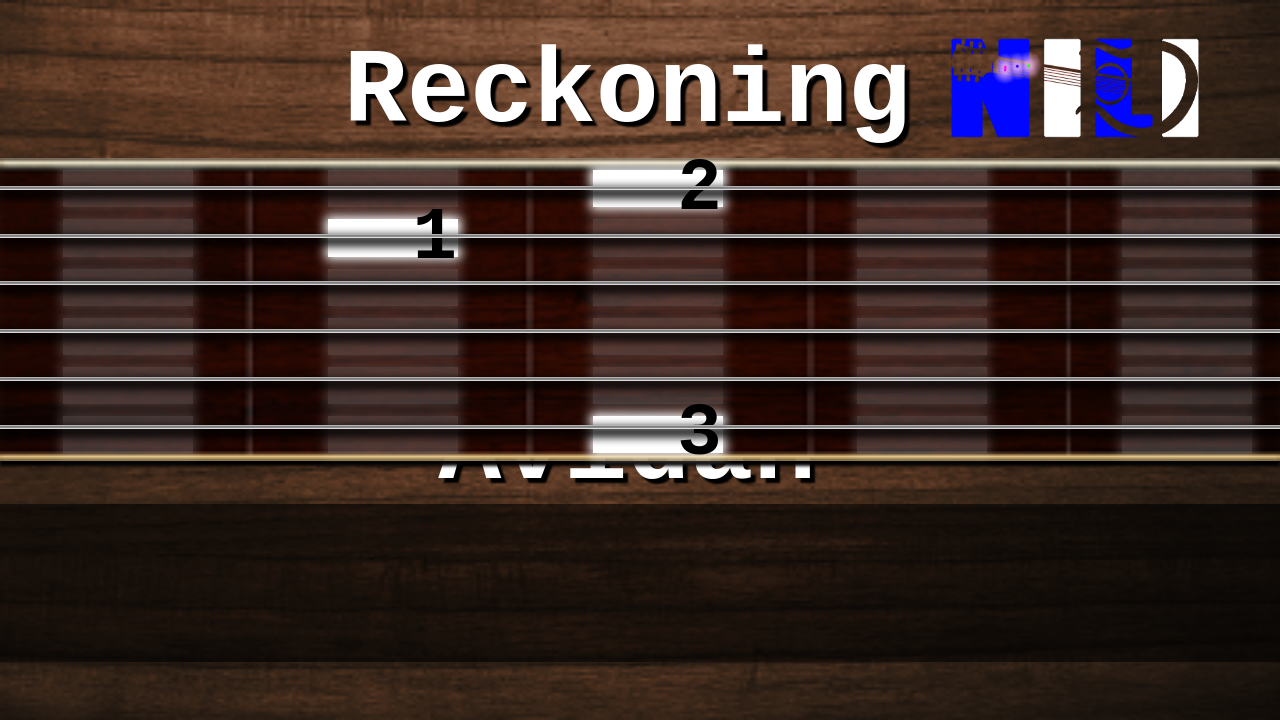
Repository: niliproject123/nili2
Page: assets/empty.html
An editor plug-in stored every save of this project. The page is shown before and after the next save, followed by the edit.
The browser window is 1280 px wide. The pictures show the whole page.

Above is the page before, as saved 2016-03-16 16:29:45.

### assets/empty.html
<html style="direction: rtl; overflow-x: hidden">
<head>
    <meta charset="utf-8">
    <meta name="viewport" content="width=device-width" />

	<link rel="stylesheet" type="text/css" href="./style.css">
</head>
<body>
	<div id="main">
	<div id="title">--Empty--</div>
	</div>
	<script src="./jquery-1.11.1.js"></script>
	<script src="./main.js"></script>
</html>

### assets/style.css
html
{
	overflow: hidden;
	scroll: no;
}

div, img, span, table
{
	font-family: Courier New;
	font-weight: bold;
	position: absolute;
	/*border: 1px black solid;*/
	/*opacity: 0.4;*/

	margin: 0px;
	padding: 0px;
	text-align: center;
	vertical-align: top;
	z-index: 1;
    transition: opacity 0.5s;
}

.chord
{
	color: red;
	text-shadow: 5px 5px 2px black;
	font-stretch: condensed;
}

.next
{
	opacity: 0.4;
}

.text
{
	color: white;
	text-shadow: 5px 5px 2px black;
}

@keyframes blink
{
	0%	{ opacity: 0; }
	50% { opacity: 1; }
	100% { opacity: 0; }
}


.position_td
{
	text-align: right;
    background-color:#00a2e8;
    font-family: Arial;
    font-weight:bold;
    overflow:hidden;
	opacity: 0.2;


    transition: opacity 0.5s;


    /*font-size:150px;
    line-height:20px;*/
}

.string
{
	background: linear-gradient(#CCC, #666, #FFF); /* Standard syntax */
	transition: background-color 0.2s;
}

.strum
{
	background: #668800; /* Standard syntax */
}

.dont_strum
{
	background: red; /* Standard syntax */
}

.timer
{
	z-index: 100;
}

@keyframes vibrate {
    0% {
        top: 0px;
    }
    25% {
        top: -3px;
    }
    50% {
        top: 0px;
    }
    75% {
        top: 3px;
    }
    100% {
        top: 0px;
    }
}

### assets/main.js
var TOTAL_NUMBER_OF_FRETS = 5;
var TOTAL_NUMBER_OF_STRINGS = 6;

var originalChordElementList = $(".chord");
var originalLyricsElementList = $(".lyrics");
var originalTicksElementList = $(".tick");

var chordList = new Array();
var lyricsList = new Array();
var ticksList = new Array();


$("#title").hide();

var windowWidth = $(window).width();
var windowHeight = $(window).height();

var element_background = document.createElement('img');
var element_title = document.createElement('div');
var element_neck = document.createElement('img');
var element_bottom_stripe = document.createElement('img');
var element_chord = document.createElement('span');
var element_lyrics = document.createElement('span');
var element_logo = document.createElement('img');
var element_next = document.createElement('span');
var element_play = document.createElement('span');
var element_timer = document.createElement('span');

var isTimed = false;
var stringElements = new Array();

var currentChordIndex = 0;

var neckPositions, neckFrets;
var neckPositionElementArray  = new Array()
var neckPositionCorrectElementArray  = new Array()
var neckPositionIncorrectElementArray  = new Array()

var playStrummingAnimation = false;

var isAndroid = navigator.userAgent.toLowerCase().indexOf("android") > -1; //&& ua.indexOf("mobile");

var blinkingList;
var isBlinkOn = false;
var BLINK_INTERVAL = 200;


getChordsLyricsAndTicks();



// 3rd         1st   controls
// A     B     C     D
// 123456123456123456123456
// 000001000001000001000000
// 100001010000000000000000
// 100001000000000000000000



var clickIndex = 0;
var demoIndex = 0;
var demoString = "000000000000000000000000";



function demoFunction()
{
	return;
	receivePositionStringFromAndroid(demoString);
	demoString = demoString.substr(0,demoIndex) + '1' + demoString.substr(demoIndex+1);
	demoIndex++;
	setTimeout(demoFunction, 300);
}

//receivePositionStringFromAndroid("030000c0000c010000000000");
clickIndex = 0;
if(!isAndroid)
{
	document.body.onclick =
		function()
		{
			if(clickIndex==0)
			{
				eventPressedCorrect("000000c0000c0c0000000000");
			}
			else if (clickIndex==1)
			{
				eventLiftFingers()
			}
			else if (clickIndex==2)
			{
			}
			else if (clickIndex==3)
			{
			}
			else if (clickIndex==4)
			{
			}
			clickIndex++;
		};
}

var demo;
function Demo()
{

	this.startDemo = function()
	{
		setTimeout(function(){demo.action1();}, 1590);
		setTimeout(function(){demo.action2();}, 2610);
		setTimeout(function(){demo.action3();}, 3320);
		setTimeout(function(){demo.action4();}, 4410);
		setTimeout(function(){demo.action5();}, 6200);
	}

	this.initialize = function()
	{
		setAllNeckPositionsOff(false);
		element_title.innerHTML = "Reckoning Song -  Asaf Avidan";
		element_title.style.opacity = '1';
		setNeckPositionListOn([[3,1,3], [2,5,2], [3,6,1]]);
		setFingering([[3,1,3], [2,5,1], [3,6,2]]);
	}

	this.action1 = function()
	{
		setNeckPositionOff(3, 1, true);
		setNeckPositionListCorrect([[3,1]]);
	}

	this.action2 = function()
	{
		setNeckPositionOff(3, 1, true);
		setNeckPositionOn(3, 1);
	}

	this.action3 = function()
	{
		setNeckPositionIncorrect(3, 3);
	}

	this.action4 = function()
	{
		setNeckPositionOff(3, 3);
	}

	this.action5 = function()
	{
		setNeckPositionListOff([[3,1], [2,5], [3,6]], true);
		setNeckPositionListCorrect([[3,1,3], [2,5,2], [3,6,1]]);
		startStrummingAnimation(200, getChordTopString(getChordText(currentChordIndex)));
		element_chord.style.color = 'green';
		element_lyrics.style.color = 'green';

	}


	this.initialize();
}

document.body.onload = function()
{

	loadScript('./js/neckActions.js');
	loadScript('./js/chords.js');
	loadScript('./js/animation.js');
	loadScript('./js/timer.js');
	loadScript('./js/android.js');

	window.setTimeout(initialize, 300);

	// temp
	window.setTimeout(function(){demo = new Demo();}, 400);
};

function getChordsLyricsAndTicks()
{
	for(var i=0; i<originalChordElementList.length; i++)
	{
		chordList[i] = originalChordElementList[i].innerHTML;
		$(originalChordElementList[i].remove());
	}
	for(var i=0; i<originalLyricsElementList.length; i++)
	{
		lyricsList[i] = originalLyricsElementList[i].innerHTML;
		$(originalLyricsElementList[i].remove());
	}
	for(var i=0; i<originalTicksElementList.length; i++)
	{
		ticksList[i] = originalTicksElementList[i].innerHTML;
		$(originalTicksElementList[i].remove());
	}
}

function initialize()
{
	createElements();
	createTable();
	createStrings()
	createCorrectIncorrectTable();
	blink();


	sendMessageToAndroid("start_chords");
	for(var i=0; i<chordList.length; i++)
	{
		sendChordToAndroid(currentChordIndex);
		currentChordIndex++;
	}
	sendMessageToAndroid("end_chords");

	/*
	sendMessageToAndroid("start_ticks");
	for(var i=0; i<ticksList.length; i++)
	{
		sendMessageToAndroid("addTick_"+ticksList[i]);
		currentChordIndex++;
	}

	sendMessageToAndroid("end_ticks");
	 */
	currentChordIndex = 0;

	setTimerIncorrect();
	setTimerHidden();

	if(chordList.length!=0)
	{
		setChordText();
		setLyrics();
		setNeckPositionListOn(getPositionListOfChordText(getChordText(currentChordIndex)));
	}
}

var lastEventTime = new Date().getTime();
function checkEventIsReal()
{
	var newEventTime = new Date().getTime();
	if((newEventTime - lastEventTime) < 250)
	{
		lastEventTime = newEventTime;
		return false;;
	}
	lastEventTime = newEventTime;
	return true;
}

function sendChordToAndroid(index)
{
	var currentChordToAndroid = getPositionListOfChordText(chordList[index]);
	if(currentChordToAndroid == null) return;
	currentChordToAndroid = convertPositionListToString(currentChordToAndroid);

	sendMessageToAndroid("addChord_"+currentChordToAndroid.toString());
}

function convertPositionListToString(positionList)
{
	var returnedString = "000000000000000000000000";

	for(var i=0; i<positionList.length; i++)
	{
		var fret = positionList[i][0];
		var string = positionList[i][1];
		var replaceIndex = 30 - (fret*6 + string);
		returnedString = returnedString.substr(0,replaceIndex) + '1' + returnedString.substr(replaceIndex+1);
	}

	return returnedString;
}

function updateBlinkingList(newBlinkingList)
{
	if(blinkingList==null)
	{
		blinkingList = newBlinkingList;
		return;
	}
	blinkingList = newBlinkingList;
}

function blink()
{
	if(blinkingList==null)
	{
		setTimeout(function(){blink();}, BLINK_INTERVAL);
		return;
	}
	if(isBlinkOn)
	{
		setNeckPositionListOff(blinkingList);
		isBlinkOn = false;
	}
	else
	{
		setNeckPositionListOn(blinkingList);
		isBlinkOn = true;
	}

	setTimeout(function(){blink();}, BLINK_INTERVAL)
}

function moveToNextChord()
{
	if(currentChordIndex+1>=chordList.length) return;

	currentChordIndex++;
}

function eventBack()
{
	if(currentChordIndex-1<0) return;

	currentChordIndex--;
	setChordText();
	setLyrics();
}

function setChordText()
{
	if(getChordText(currentChordIndex).indexOf('[')!=-1)
	{
		element_chord.innerHTML = "--";
		return;
	}
	element_chord.innerHTML = getChordText(currentChordIndex);

	if(currentChordIndex+1<chordList.length)
		element_next.innerHTML = getChordText(currentChordIndex+1);
	else
		element_next.innerHTML = "";

	element_chord.style.fontSize = parseInt(getBestFitTextSize(element_chord))*1.2;
	element_next.style.fontSize = parseInt(getBestFitTextSize(element_next))*1.2;
}

function setLyrics()
{
	element_lyrics.innerHTML = lyricsList[currentChordIndex];
	element_lyrics.style.fontSize = getBestFitTextSize(element_lyrics);

	element_title.innerHTML = lyricsList[currentChordIndex+1];
	element_title.style.fontSize = getBestFitTextSize(element_title);

}

function clearLyrics()
{
	element_lyrics.innerHTML = "";
}

function setFingering(chordPositionList)
{
	var size = 1.01;
	for(var i=0; i<chordPositionList.length; i++)
	{
		if(chordPositionList[i][2]==null) continue;
		var fingeringElement = document.createElement('span');
		var fret = chordPositionList[i][0];
		var string = chordPositionList[i][1];
		var positionElement = neckPositionElementArray[fret-1][6-string];
		fingeringElement.innerHTML = chordPositionList[i][2];
		fingeringElement.style.fontSize = getBestFitTextSize(positionElement, fingeringElement.innerHTML) * size;
		positionElement.appendChild(fingeringElement);
	}
}

function createTable()
{
	neckPositionElementArray = new Array(TOTAL_NUMBER_OF_FRETS);

	for(var i=0; i<TOTAL_NUMBER_OF_FRETS; i++)
	{
		neckPositionElementArray[i] = new Array();
	}

	for(var j=0; j<TOTAL_NUMBER_OF_FRETS; j++)
	{
		var element_neck_fret = document.createElement('table');
		element_neck_fret.className = "fret_table";
		for(var i=0; i<TOTAL_NUMBER_OF_STRINGS; i++)
		{
			element_neck_fret.appendChild(document.createElement('tr'));
			element_neck_fret.rows[i].appendChild(document.createElement('td'));
			element_neck_fret.rows[i].cells[0].style.width = windowWidth*0.1;
			element_neck_fret.rows[i].cells[0].style.height = windowHeight*0.0515;
			element_neck_fret.rows[i].cells[0].className = "position_td";

			var backgroundColor = 'white';
			// backgroundColor = "#fffe79";
			// backgroundColor = "#ff7979";

			element_neck_fret.rows[i].cells[0].style.backgroundColor = backgroundColor;
			element_neck_fret.rows[i].cells[0].style.boxShadow = "0px 0px 10px 3px "+ backgroundColor;

			element_neck_fret.rows[i].cells[0].style.fontSize = $(element_neck_fret.rows[i].cells[0]).height()*2 + "px";
			element_neck_fret.rows[i].cells[0].style.lineHeight = $(element_neck_fret.rows[i].cells[0]).height()*0.01+ "px";

			neckPositionElementArray[j][i] = element_neck_fret.rows[i].cells[0];

			//element_neck_fret.rows[i].cells[0].innerHTML = j;

			/*element_neck_fret.rows[i].cells[0].style.backgroundColor = randomColor();
			element_neck_fret.rows[i].cells[0].innerHTML = j+","+i;*/
		}

		document.body.appendChild(element_neck_fret);
		element_neck_fret.style.zIndex = 1;
		element_neck_fret.style.borderSpacing = windowHeight*0.018;
	}

	var neckTop = $(element_neck).position().top;
	var neckHeight = $(element_neck).height();
	var neckWidth = $(element_neck).width();
	for(var i=0; i<TOTAL_NUMBER_OF_FRETS; i++)
	{
		$(".fret_table")[i].style.left = ($($(".fret_table")[0]).width()/3)*(i+1)+(neckWidth/6)*i;
		$(".fret_table")[i].style.top = neckTop;
	}
}

function createCorrectIncorrectTable()
{
	neckPositionCorrectElementArray = new Array();
	for(var i=0; i<TOTAL_NUMBER_OF_FRETS; i++)
	{
		neckPositionCorrectElementArray[i] = new Array()
		for(var j=0; j<TOTAL_NUMBER_OF_STRINGS; j++)
		{
			var correctImage = document.createElement('img');
			correctImage.src = './pics/v.png';
			correctImage.style.height = neckPositionElementArray[i][j].style.height;
			correctImage.style.width = neckPositionElementArray[i][j].style.width;
			correctImage.style.position = 'absolute';
			correctImage.style.left = $(neckPositionElementArray[i][j]).offset().left;
			correctImage.style.top = $(neckPositionElementArray[i][j]).offset().top;
			neckPositionCorrectElementArray[i][j] = correctImage;
			document.body.appendChild(correctImage);
			neckPositionCorrectElementArray[i][j].style.opacity = '0';
		}
	}

	neckPositionIncorrectElementArray = new Array();
	for(var i=0; i<TOTAL_NUMBER_OF_FRETS; i++)
	{
		neckPositionIncorrectElementArray[i] = new Array()
		for(var j=0; j<TOTAL_NUMBER_OF_STRINGS; j++)
		{
			var correctImage = document.createElement('img');
			correctImage.src = './pics/x.png';
			correctImage.style.height = neckPositionElementArray[i][j].style.height;
			correctImage.style.width = neckPositionElementArray[i][j].style.width;
			correctImage.style.position = 'absolute';
			correctImage.style.left = $(neckPositionElementArray[i][j]).offset().left;
			correctImage.style.top = $(neckPositionElementArray[i][j]).offset().top;
			neckPositionIncorrectElementArray[i][j] = correctImage;
			document.body.appendChild(correctImage);
			neckPositionIncorrectElementArray[i][j].style.opacity = '0';
		}
	}
}

function createStrings()
{
	var fretTable = $(".fret_table")[0];
	var stringsContainerElement = document.createElement('div');
	stringsContainerElement.style.position = 'absolute';
	stringsContainerElement.style.top = $(fretTable.rows[0]).offset().top;
	stringsContainerElement.style.left = 0;
	stringsContainerElement.style.width = $(window).width();

	document.body.appendChild(stringsContainerElement);
	for(var i=0; i<TOTAL_NUMBER_OF_STRINGS; i++)
	{
		stringElements[i] = document.createElement('div');
		stringElements[i].style.position = 'relative';

		stringElements[i].style.width = $(window).width();
		stringElements[i].style.height = $(fretTable.rows[0]).height()/9;
		if(i==0)
			$(stringElements[i]).css("margin-top", $(fretTable).height()/20);
		else
			$(stringElements[i]).css("margin-top", $(fretTable).height()/7);
		stringElements[i].style.zIndex = 1;
		stringElements[i].className = "string";
		stringElements[i].style.boxShadow = "0px 5px 10px 3px black";
		stringsContainerElement.appendChild(stringElements[i]);
	}

}

function randomColor()
{
	return Math.floor(Math.random()*16777215).toString(16);
}


function createElements()
{
	element_background.src = "./pics/back.png";
	document.body.appendChild(element_background);
	setPosition(element_background, 0, 0, 1, 1);

	element_title.innerHTML = document.getElementById('title').innerHTML;
	document.body.appendChild(element_title);
	setPosition(element_title, 0.25, 0.047, 0.48, 0.16);
	element_title.className = "text next";

	element_neck.src = "./pics/neck.png";
	document.body.appendChild(element_neck);
	setPosition(element_neck, 0, 0.22, 1, 0.42);
	element_neck.style.boxShadow = "0px 5px 3px black";

	element_bottom_stripe.src = "./pics/bottom_stripe.png";
	document.body.appendChild(element_bottom_stripe);
	setPosition(element_bottom_stripe, 0, 0.7, 1, 0.22);

	document.body.appendChild(element_chord);
	//element_chord.innerHTML = $(originalChordElementList)[currentChordIndex].innerHTML;
	setPosition(element_chord, 0.04, 0.64, 0.16, 0.28, 1.3);
	element_chord.className = "chord";

	document.body.appendChild(element_lyrics);
	//element_lyrics.innerHTML = $(originalLyricsElementList)[currentChordIndex].innerHTML;
	setPosition(element_lyrics, 0.2, 0.67, 0.79, 0.2);
	element_lyrics.className = "text";

	element_logo.src = "./pics/logo.png";
	document.body.appendChild(element_logo);
	setPosition(element_logo, 0.74, 0.047, 0.2, 0.15);

	document.body.appendChild(element_next);
	//element_next.innerHTML = $(originalChordElementList)[currentChordIndex+1].innerHTML;
	setPosition(element_next, 0.1, 0.03, 0.1, 0.15, 1.3);
	element_next.className = "next chord";

	element_timer.className = 'timer';
	document.body.appendChild(element_timer);
	setPosition(element_timer, 0.5, 0.1, 0.4, 0.4)
	element_timer.style.left = windowWidth/2 - $(element_timer).width()/2;
	element_timer.style.visibility = 'hidden';

	element_timer.style.visibility = '';
	element_timer.innerHTML = '1';

	/*
	 * PLAY
	document.body.appendChild(element_play);
	element_play.innerHTML = "PLAY";
	setPosition(element_play, 0.5, 0.5, 0.7, 0.7);
	element_play.style.left = parseInt(element_play.style.left) - $(element_play).width()/2;
	element_play.style.top = parseInt(element_play.style.top) - $(element_play).height()/2;
	element_play.className = "play";
	*/
}

function getBestFitTextSize(element, optional_text)
{
	var returnedFontSize, currentFontSize = 5;
	var tryElement = document.createElement('span');
	if(optional_text==null)	tryElement.innerHTML = element.innerHTML;
	else					tryElement.innerHTML = optional_text;

	tryElement.style.fontSize = currentFontSize + "px";
	document.body.appendChild(tryElement);

	var error = 0;
	while($(tryElement).width()<$(element).width() && $(tryElement).height()<$(element).height())
	{
		if(error>100) break;
		error++;
		currentFontSize = currentFontSize + 5;
		tryElement.style.fontSize = currentFontSize + "px";
	}

	returnedFontSize = tryElement.style.fontSize;
	document.body.removeChild(tryElement);
	return returnedFontSize;
}

function setPosition(element, x, y, width, height)
{
	if(y!=null)
		element.style.left = x*windowWidth;
	if(x!=null)
		element.style.top = y*windowHeight;
	if(width!=null)
		element.style.width = (width*windowWidth);
	if(height!=null)
		element.style.height = (height*windowHeight);

	element.style.fontSize = getBestFitTextSize(element);

	//element.style.backgroundColor = randomColor();
	//element.style.border = "1px solid";
}

function loadScript(url, callback)
{
    // Adding the script tag to the head as suggested before
    var head = document.getElementsByTagName('head')[0];
    var script = document.createElement('script');
    script.type = 'text/javascript';
    script.src = url;

    // Then bind the event to the callback function.
    // There are several events for cross browser compatibility.
    script.onreadystatechange = callback;
    script.onload = callback;

    // Fire the loading
    head.appendChild(script);
}

### assets/js/chords.js
function getChordText(index)
{
	return chordList[index];
}

function getPositionListOfChordText(chord)
{
	// [fret,string,finger]
	if(chord.indexOf('[')!=-1)
	{
		return JSON.parse(chord);
		return;
	}
	switch(chord)
	{
		case 'A':
			return [[2,2,1],[2,3,1],[2,4,1]];
		case 'Am':
			return [[1,2,1],[2,3,3],[2,4,3]];
		case 'Cadd9':
			return [[3,5,3],[2,4,2],[3,2,1]];
		case 'C':
			return [[3,5,3],[2,4,2],[1,2,1]];
		case 'Bb':
			return [[1,1,1],[3,2,2],[3,3,3],[3,4,4]];
		case 'Bm':
			return [[2,1,1],[2,2,1],[3,3,2],[4,4,3]];
		case 'D':
			return [[2,3,2],[3,2,4],[2,1,3]];
		case 'Dmaj7':
			return [[2,3,1],[2,2,2],[2,1,3]];
		case 'Em':
			return [[2,5,1],[2,4,2]];
		case 'E':
			return [[2,5,1],[2,4,2],[1,3,1]];
		case 'F':
			return [[1,1,1],[1,2,1],[2,3,2],[3,4,3]];
		case 'F#m':
			return [[2,1,1],[2,2,1],[4,4,3]];
		case 'G':
			return [[3,6,3],[2,5,2],[3,1,4]];
	}
}

function getChordTopString(chord)
{
	if(chord.indexOf('A')!=-1)
		return 5;
	else if(chord.indexOf('B')!=-1)
		return 4;
	else if(chord.indexOf('C')!=-1)
		return 5;
	else if(chord.indexOf('D')!=-1)
		return 4;
	else if(chord.indexOf('E')!=-1)
		return 6;
	else if(chord.indexOf('F')!=-1)
		return 4;
	else if(chord.indexOf('G')!=-1)
		return 6;
}

### assets/js/timer.js
function setTimerCorrect()
{
	element_timer.style.color = "green";
}

function setTimerIncorrect()
{
	element_timer.style.color = "red";
}

function setTimerStart()
{
	element_timer.innerHTML = ticksList[currentChordIndex];
}

function setTimer(value)
{
	element_timer.innerHTML = value;
}

function setTimerVisible(tick)
{
	element_timer.style.visibility = '';
	setTimer(tick)
}

function setTimerHidden()
{
	element_timer.style.visibility = 'hidden';
}

### assets/js/android.js
function eventSetTimer(tick)
{
	setTimer(tick);
}

function eventLiftFingers()
{
	if(!checkEventIsReal()) return;

	console.log("eventLiftFingers");

	stopStrummingAnimation();

	setAllNeckPositionsOff(false);
	setLyrics();
	setChordText();
	setFingering(getPositionListOfChordText(getChordText(currentChordIndex)));

	if(!isAndroid)
	{
		setNeckPositionListOn(getPositionListOfChordText(getChordText(currentChordIndex)));
	}

	element_chord.style.color = 'red';

}

function eventPressedCorrect(positionString)
{
	if(!checkEventIsReal()) return;

	console.log("a");
	console.log("eventPressedCorrect: " + positionString);

	receivePositionStringFromAndroid(positionString);

	startStrummingAnimation(200, getChordTopString(getChordText(currentChordIndex)));

	moveToNextChord()
	setNeckPositionListOn(getPositionListOfChordText(getChordText(currentChordIndex)));

	element_chord.style.color = 'green';
}

function eventSetTimed(tick)
{
	setTimerVisible(tick)
}

function eventSetManual()
{
	setTimerHidden();
}


function sendMessageToAndroid(message)
{
	console.log("send message to Android: " + message)
	if(isAndroid)
	{
		Android.messageFromJs(message);
	}
}

function receivePositionStringFromAndroid(_positionString)
{
	console.log("receivePositionStringFromAndroid: " + _positionString);
	var positionOnList = new Array();
	var positionBlinkList = new Array();
	var positionCorrectList = new Array();
	var positionIncorrectList = new Array();
	var fretIndex, stringIndex;
	var positionString = _positionString;

	for(var i=0; i<positionString.length; i++)
	{
		var fretIndex =  5 - (1 + Math.floor(i/6));
		var stringIndex = (6 - i%6);
		var position = [fretIndex, stringIndex];
		if(positionString.charAt(i)=='1')
		{
			positionOnList.push(position);
			continue;
		}
		else if(positionString.charAt(i)=='c')
		{
			positionCorrectList.push(position);
			continue;
		}
		else if(positionString.charAt(i)!='1' && positionString.charAt(i)!='0')
		{
			//positionBlinkList.push(position);
			positionIncorrectList.push(position);
			continue;
		}
	}

	setAllNeckPositionsOff(true);
	setNeckPositionListOn(positionOnList);
	setNeckPositionListCorrect(positionCorrectList);
	setNeckPositionListIncorrect(positionIncorrectList);
	//updateBlinkingList(positionBlinkList);
}

function eventStop()
{
	stopStrummingAnimation();
	currentChordIndex = 0;

	setChordText();
	setLyrics();

	setAllNeckPositionsOff(false);
	setFingering(getPositionListOfChordText(getChordText(currentChordIndex)));
	setNeckPositionListOn(getPositionListOfChordText(getChordText(currentChordIndex)));
}

Loaded but not shown: assets/jquery-1.11.1.js (library); assets/js/neckActions.js (113 lines, source omitted); assets/js/animation.js (no copy from this time; the picture is the same without it)

After the next save:
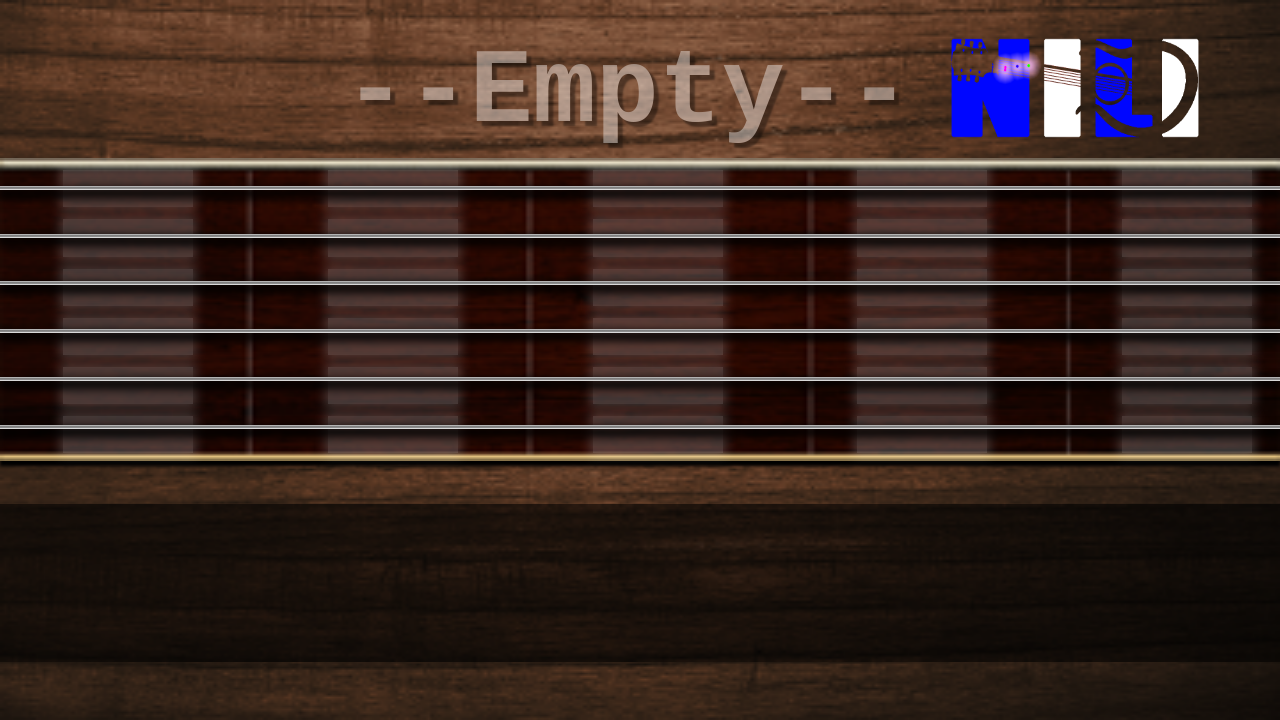
Saved 9 min 56 s later.
--- a/assets/main.js
+++ b/assets/main.js
@@ -171,7 +171,7 @@ document.body.onload = function()
 	window.setTimeout(initialize, 300);
 
 	// temp
-	window.setTimeout(function(){demo = new Demo();}, 400);
+	//window.setTimeout(function(){demo = new Demo();}, 400);
 };
 
 function getChordsLyricsAndTicks()
